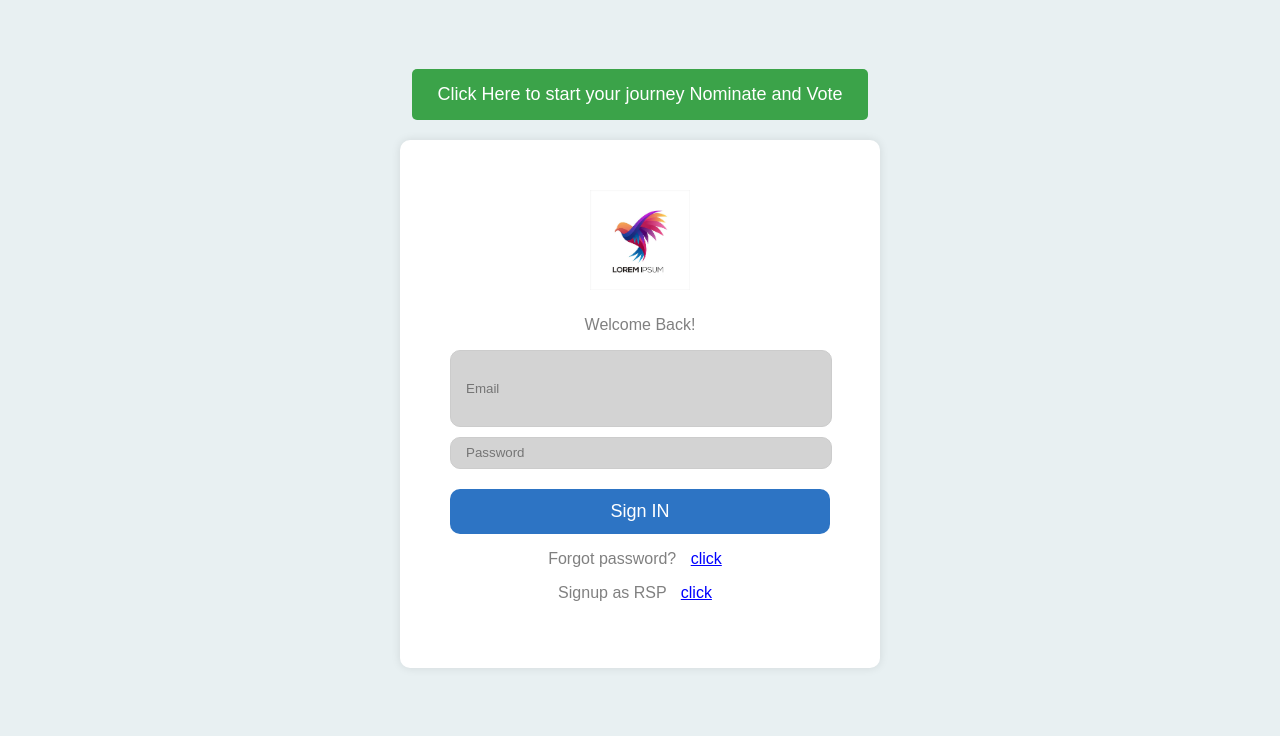
Repository: Femi007-gh/welcome
Page: index.html
The author's editor kept a copy of each file at every save. The page is drawn from the files as they stood at one save, then again after a run of saves.
The browser window is 1280 px wide. The pictures show the whole page.

Above is the page before, as saved 2025-03-10 20:05:00.

### index.html
<html>
<head>
    <title>Login Page</title>
    <link rel="stylesheet" href="style.css">
</head>
<body>
    <button class="green-button">Click Here to start your journey Nominate and Vote</button>
    <div class="container">
        <img src="Logo.jpg" alt="Nigerian Shippers Council Logo">
        <p>Welcome Back!</p>
        <form action="your-server-endpoint" method="post">
            <div class="input-container">
                <input type="email" placeholder="Email" class="lit">
            </div>
            <div class="password-container">
                <input type="password" placeholder="Password" class="fit">
            </div>
            <button type="submit" class="sign-in-button">Sign IN</button>
        </form>
        <div class="links">
            <p class="under">Forgot password? <a href="#" class="underline">click</a> </p>
            <p class="under">Signup as RSP  <a href="#" class="underline">click</a></p>
        </div>
    </div>
</body>
</html>

### style.css
body {
  font-family: Arial, sans-serif;
  background-color: #e8f0f2;
  display: flex;
  justify-content: center;
  align-items: center;
  height: 100vh;
  flex-direction: column;
}
.green-button {
  background-color: #3ba349;
  color: white;
  padding: 15px 25px;
  border: none;
  border-radius: 5px;
  cursor: pointer;
  margin-bottom: 20px;
  font-size: 18px;
}
.container {
  background-color: white;
  padding: 50px;
  border-radius: 10px;
  box-shadow: 0 0 10px rgba(0, 0, 0, 0.1);
  text-align: center;
  width: 380px;
}
.container img {
  width: 100px;
  margin-bottom: 10px;
}
p {
  color: gray;
}
.input-container, .password-container {
  display: flex;
  align-items: center;
  background: #d3d3d3;
  border: 1px solid #ccc;
  border-radius: 10px;
  padding: 10px;
  width: calc(100% - 20px);
  margin: 10px 0;
}
.input-container input, .password-container input {
  border: none;
  outline: none;
  flex: 1;
  background: transparent;
  padding: 5px;
}
.password-container i {
  cursor: pointer;
  font-size: 18px;
  margin-left: 10px;
}
.sign-in-button {
  background-color: #2d74c4;
  color: white;
  padding: 12px;
  border: none;
  border-radius: 10px;
  cursor: pointer;
  width: 100%;
  font-size: 18px;
  margin-top: 10px;
}
.links {
  margin-top: 10px;
  font-size: 16px;
}
.links a {
  color: gray;
  text-decoration: none;
  margin: 0 10px;
}
.links a.underline {
  color: blue;
  text-decoration: underline;
}
.fit {
  height: 3px;
}
.lit {
  height: 55px;
  width: 380px;
}

After the next 2 saves:
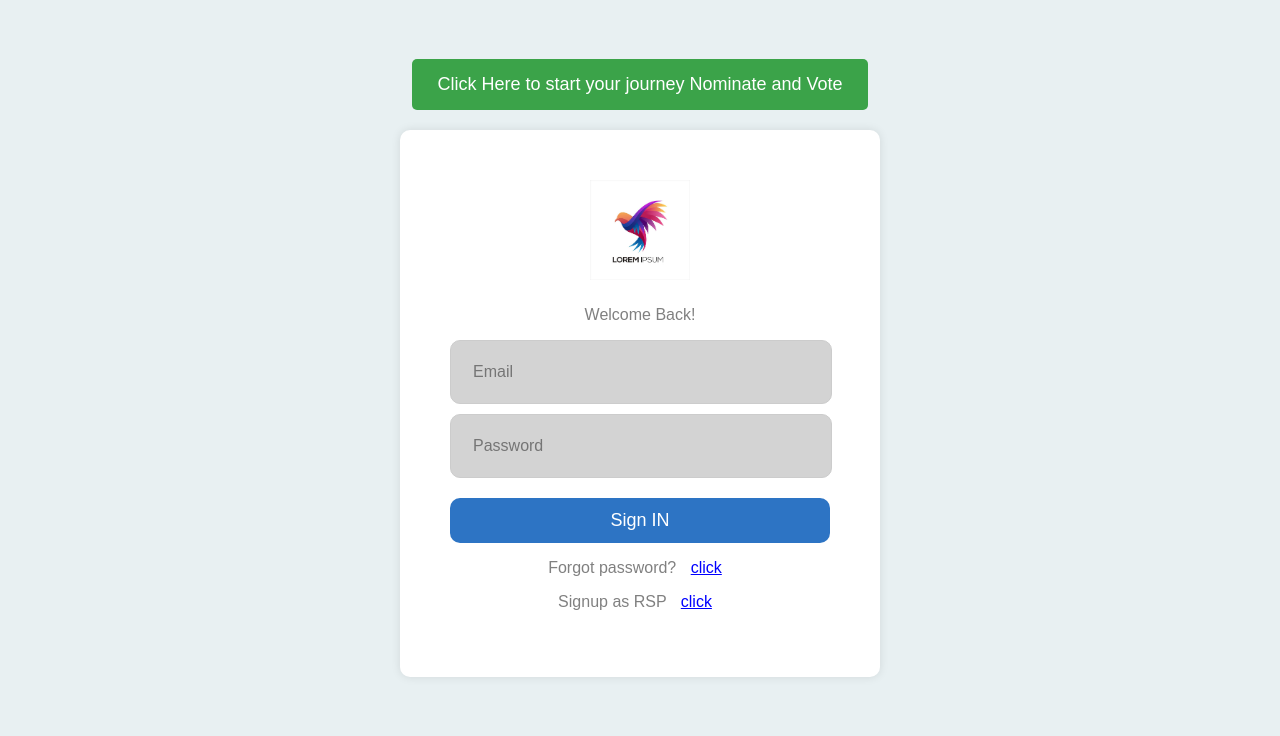
The 2 saves are shown as one change because they came seconds apart.
The last was saved 81 s later.
--- a/style.css
+++ b/style.css
@@ -47,7 +47,8 @@
   outline: none;
   flex: 1;
   background: transparent;
-  padding: 5px;
+  padding: 12px;
+  font-size: 16px;
 }
 .password-container i {
   cursor: pointer;
@@ -78,10 +79,3 @@
   color: blue;
   text-decoration: underline;
 }
-.fit {
-  height: 3px;
-}
-.lit {
-  height: 55px;
-  width: 380px;
-}
